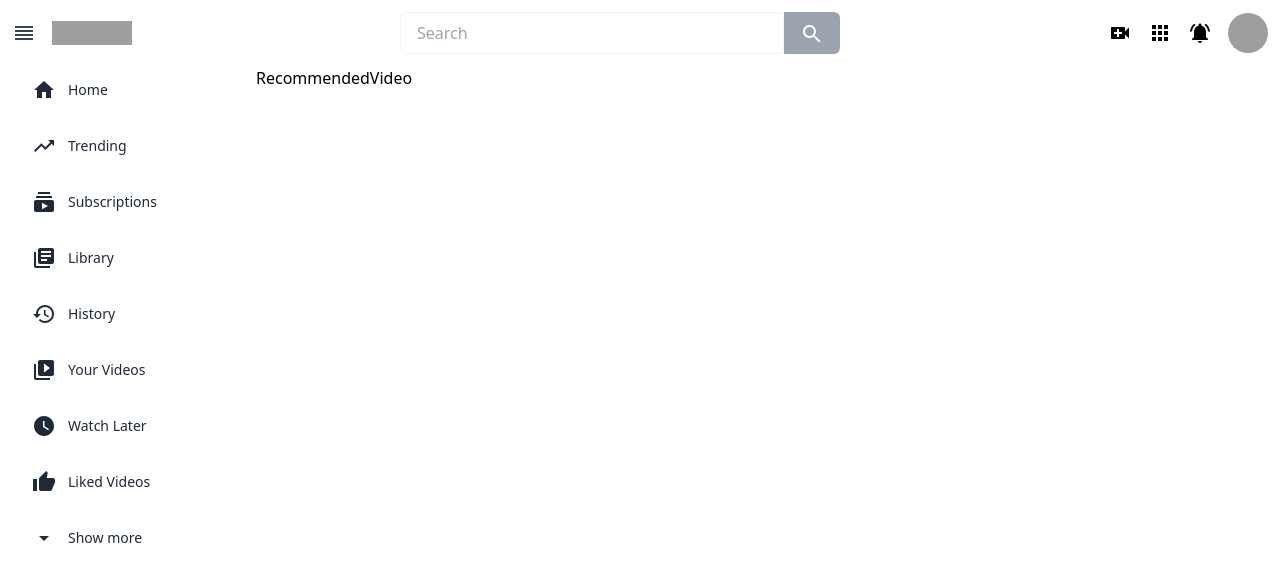
Repository: Shamraiz761/Youtube-clone
Page: /
These files come from the project's save history. The page is drawn as it stood at one moment and after the next save; the edit follows.
The browser window is 1280 px wide. The pictures show the whole page.
Pictures or frames that could not be fetched are drawn as grey boxes. The project was rebuilt for these pictures with package versions that can differ from the ones it lists, and the page was loaded fresh each time. Also part of the build but not shown: vite.config.js.

Above is the page before, as saved 2024-01-19 20:35:25.

### src/App.jsx

import React from 'react';
import Home from './pages/home/Home';
function App() {
  return (
    <div>
      <Home />
    </div>
  );
}

export default App;

### src/pages/home/Home.jsx
import React from "react";
import Navbar from "../../components/header/Navbar";
import Sidebar from "../../components/sidebar/Sidebar";
import RecommendedVideo from "../../components/video/RecommendedVideo";

function Home() {
  return (
    <div>
      <Navbar />
      <div className="flex">
      <Sidebar />
      <RecommendedVideo />
      </div>
    </div>
  );
}

export default Home;

### src/components/header/Navbar.jsx
import React from "react";
import ReorderIcon from "@material-ui/icons/Reorder";
import VideoCallIcon from "@material-ui/icons/VideoCall";
import AppsIcon from "@material-ui/icons/Apps";
import NotificationsActiveIcon from "@material-ui/icons/NotificationsActive";
import SearchIcon from '@material-ui/icons/Search';
const Navbar = () => {
  return (
    <nav className="p-3 sticky top-0 z-96 bg-white">
      <div className="container mx-auto flex flex-wrap justify-between items-center">
        {/* Logo */}
        <div className="text-white font-bold text-xl flex items-center flex-row">
          <ReorderIcon className="mr-4 size-5 text-gray-700 " />
          <img
            className="w-10 h-4 sm:w-20 sm:h-6"
            src="https://upload.wikimedia.org/wikipedia/commons/thumb/e/e1/Logo_of_YouTube_%282015-2017%29.svg/2560px-Logo_of_YouTube_%282015-2017%29.svg.png"
          />
        </div>

        {/* Search bar */}
        <div className="flex items-center">
          <input
            type="text"
            placeholder="Search"
            className="p-1 md:px-4 md:py-2 rounded-l-md border border-gray-100 focus:outline-none w-32 md:w-96"
          />
          <button className="bg-gray-400 p-1  md:px-4 md:py-2 rounded-r-md text-white">
            <SearchIcon />
          </button>
        </div>

        {/* User profile */}
        <div className="flex items-center flex-row space-x-2 md:space-x-4">
          <VideoCallIcon />
          <AppsIcon />
          <NotificationsActiveIcon />
          <img
          className="w-10 h-10 rounded-full"
          src="https://encrypted-tbn0.gstatic.com/images?q=tbn:ANd9GcT5e22dr8y5uGoiuiPB5wwHR3v8v43srFH0SUokZVWJug&s" />
        </div>
      </div>
    </nav>
  );
};

export default Navbar;

### src/components/sidebar/Sidebar.jsx

import React from 'react';

import data from './data';
const Sidebar = () => {
 const items = data
 console.log(items);
  return (
    <div className="text-gray-800 bg-white w-64 flex flex-col h-[89vh]">

      <div className="flex-grow">
        <ul className="space-y-2 overflow-auto ">
            {
                items.map((item) => (

                        <li className="pl-8 py-3 hover:bg-gray-200  cursor-pointer flex items-center text-sm font-medium">
                            {item.icon}
                            {item.title}
                        </li>

                ))
            }

        </ul>
      </div>


    </div>
  );
};

export default Sidebar;

### src/components/video/RecommendedVideo.jsx
import React from 'react'

function RecommendedVideo() {
  return (
    <div>RecommendedVideo</div>
  )
}

export default RecommendedVideo

### src/components/sidebar/data.js
import TrendingUpIcon from '@material-ui/icons/TrendingUp';
import History from '@material-ui/icons/History';
import SubscriptionsIcon from '@material-ui/icons/Subscriptions';
import Home from '@material-ui/icons/Home';
import { Link } from 'react-router-dom';
import LibraryBooksIcon from '@material-ui/icons/LibraryBooks';
import VideoLibraryIcon from '@material-ui/icons/VideoLibrary';
import WatchLaterIcon from '@material-ui/icons/WatchLater';
import ThumbUpIcon from '@material-ui/icons/ThumbUp';
import ArrowDropDownIcon from '@material-ui/icons/ArrowDropDown';
const data = [
    {
        id: 1,
        title: 'Home',
        icon: <Home className='mr-3'/>,
    },
    {
        id: 2,
        title: 'Trending',
        icon: <TrendingUpIcon className='mr-3'/>,
    },
    {
        id: 3,
        title: 'Subscriptions',
        icon: <SubscriptionsIcon className='mr-3'/>,
    },
    {
        id: 4,
        title: 'Library',
        icon: <LibraryBooksIcon className='mr-3'/>,
    },
    {
        id: 5,
        title: 'History',
        icon: <History className='mr-3'/>,
    },
    {
        id: 6,
        title: 'Your Videos',
        icon: <VideoLibraryIcon className='mr-3'/>,
    },
    {
        id: 7,
        title: 'Watch Later',
        icon: <WatchLaterIcon className='mr-3'/>,
    },
    {
        id: 8,
        title: 'Liked Videos',
        icon: <ThumbUpIcon className='mr-3'/>,
    },
    {
        id: 9,
        title: 'Show more',
        icon: <ArrowDropDownIcon className='mr-3'/>,
    },

]

export default data;

Loaded but not shown: index.html (common file); src/main.jsx (common file); src/index.css (common file); tailwind.config.js (common file)

After the next save:
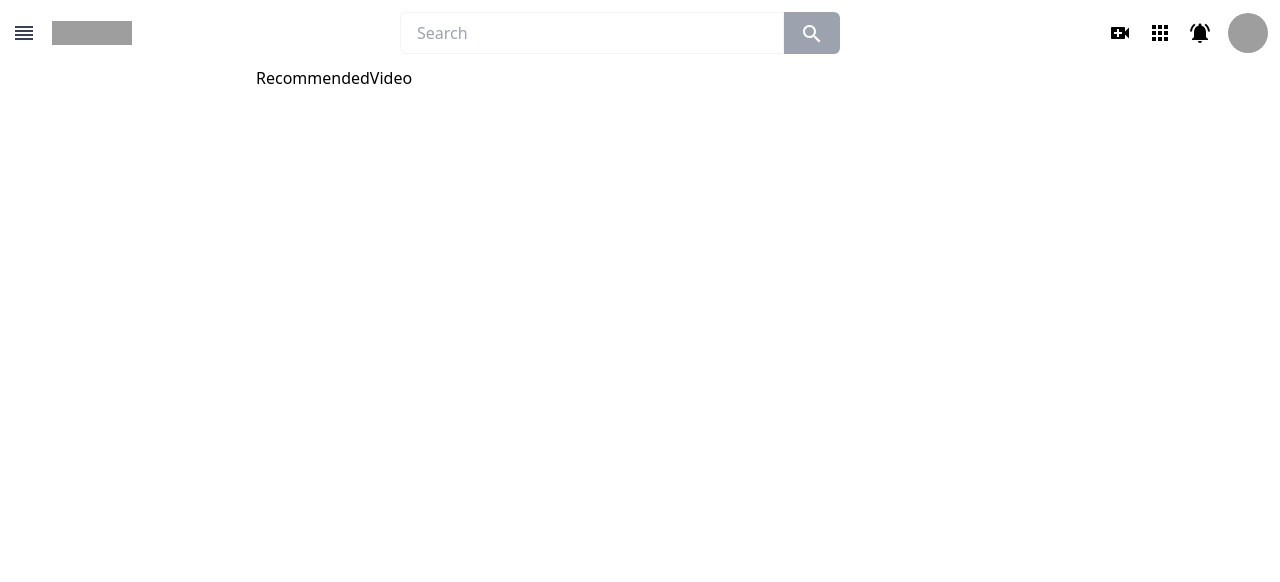
Saved 21 s later.
--- a/src/components/sidebar/Sidebar.jsx
+++ b/src/components/sidebar/Sidebar.jsx
@@ -10,7 +10,7 @@
 
       <div className="flex-grow">
         <ul className="space-y-2 overflow-auto ">
-            {
+            {/* {
                 items.map((item) => (
 
                         <li className="pl-8 py-3 hover:bg-gray-200  cursor-pointer flex items-center text-sm font-medium">
@@ -19,7 +19,7 @@
                         </li>
 
                 ))
-            }
+            } */}
 
         </ul>
       </div>

After the 4 saves that followed:
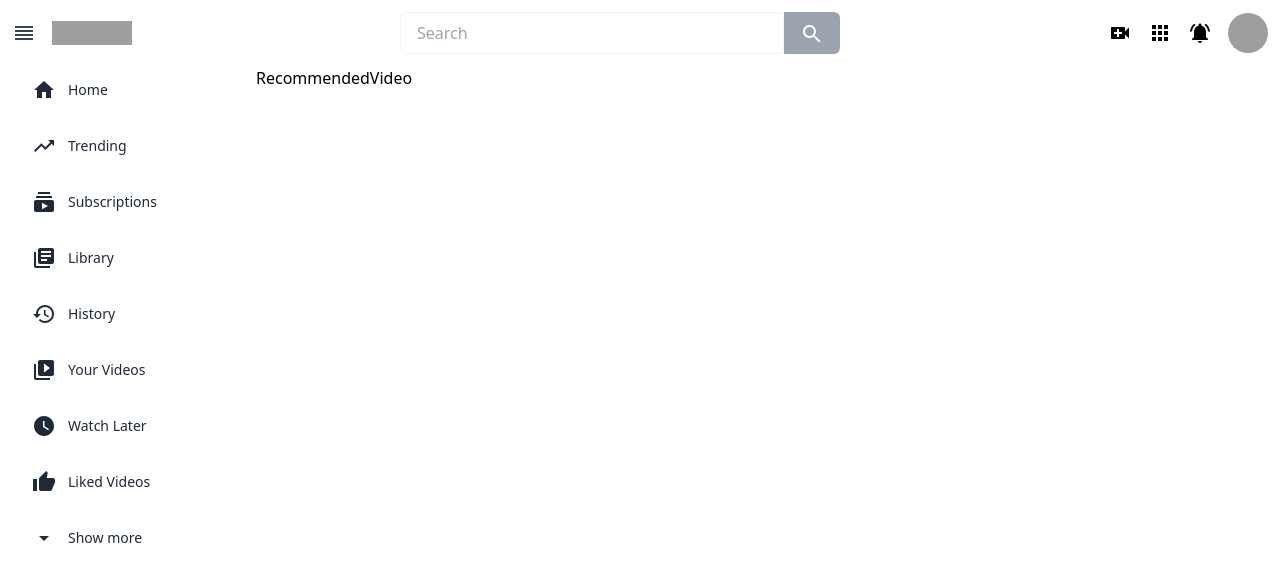
The 4 saves are shown as one change because 3 left the picture as it was.
The last was saved 4 min 5 s later.
--- a/src/components/sidebar/Sidebar.jsx
+++ b/src/components/sidebar/Sidebar.jsx
@@ -1,17 +1,71 @@
-
+import TrendingUpIcon from '@material-ui/icons/TrendingUp';
+import History from '@material-ui/icons/History';
+import SubscriptionsIcon from '@material-ui/icons/Subscriptions';
+import Home from '@material-ui/icons/Home';
+import { Link } from 'react-router-dom';
+import LibraryBooksIcon from '@material-ui/icons/LibraryBooks';
+import VideoLibraryIcon from '@material-ui/icons/VideoLibrary';
+import WatchLaterIcon from '@material-ui/icons/WatchLater';
+import ThumbUpIcon from '@material-ui/icons/ThumbUp';
+import ArrowDropDownIcon from '@material-ui/icons/ArrowDropDown';
 import React from 'react';
 
-import data from './data';
 const Sidebar = () => {
- const items = data
- console.log(items);
+    const data = [
+        {
+            id: 1,
+            title: 'Home',
+            icon: <Home className='mr-3'/>,
+        },
+        {
+            id: 2,
+            title: 'Trending',
+            icon: <TrendingUpIcon className='mr-3'/>,
+        },
+        {
+            id: 3,
+            title: 'Subscriptions',
+            icon: <SubscriptionsIcon className='mr-3'/>,
+        },
+        {
+            id: 4,
+            title: 'Library',
+            icon: <LibraryBooksIcon className='mr-3'/>,
+        },
+        {
+            id: 5,
+            title: 'History',
+            icon: <History className='mr-3'/>,
+        },
+        {
+            id: 6,
+            title: 'Your Videos',
+            icon: <VideoLibraryIcon className='mr-3'/>,
+        },
+        {
+            id: 7,
+            title: 'Watch Later',
+            icon: <WatchLaterIcon className='mr-3'/>,
+        },
+        {
+            id: 8,
+            title: 'Liked Videos',
+            icon: <ThumbUpIcon className='mr-3'/>,
+        },
+        {
+            id: 9,
+            title: 'Show more',
+            icon: <ArrowDropDownIcon className='mr-3'/>,
+        },
+
+    ]
   return (
     <div className="text-gray-800 bg-white w-64 flex flex-col h-[89vh]">
 
       <div className="flex-grow">
         <ul className="space-y-2 overflow-auto ">
-            {/* {
-                items.map((item) => (
+            {
+                data.map((item) => (
 
                         <li className="pl-8 py-3 hover:bg-gray-200  cursor-pointer flex items-center text-sm font-medium">
                             {item.icon}
@@ -19,7 +73,7 @@
                         </li>
 
                 ))
-            } */}
+            }
 
         </ul>
       </div>
--- a/src/components/sidebar/data.js
+++ b/src/components/sidebar/data.js
@@ -2,7 +2,6 @@ import TrendingUpIcon from '@material-ui/icons/TrendingUp';
 import History from '@material-ui/icons/History';
 import SubscriptionsIcon from '@material-ui/icons/Subscriptions';
 import Home from '@material-ui/icons/Home';
-import { Link } from 'react-router-dom';
 import LibraryBooksIcon from '@material-ui/icons/LibraryBooks';
 import VideoLibraryIcon from '@material-ui/icons/VideoLibrary';
 import WatchLaterIcon from '@material-ui/icons/WatchLater';
@@ -14,46 +13,46 @@ const data = [
         title: 'Home',
         icon: <Home className='mr-3'/>,
     },
-    {
-        id: 2,
-        title: 'Trending',
-        icon: <TrendingUpIcon className='mr-3'/>,
-    },
-    {
-        id: 3,
-        title: 'Subscriptions',
-        icon: <SubscriptionsIcon className='mr-3'/>,
-    },
-    {
-        id: 4,
-        title: 'Library',
-        icon: <LibraryBooksIcon className='mr-3'/>,
-    },
-    {
-        id: 5,
-        title: 'History',
-        icon: <History className='mr-3'/>,
-    },
-    {
-        id: 6,
-        title: 'Your Videos',
-        icon: <VideoLibraryIcon className='mr-3'/>,
-    },
-    {
-        id: 7,
-        title: 'Watch Later',
-        icon: <WatchLaterIcon className='mr-3'/>,
-    },
-    {
-        id: 8,
-        title: 'Liked Videos',
-        icon: <ThumbUpIcon className='mr-3'/>,
-    },
-    {
-        id: 9,
-        title: 'Show more',
-        icon: <ArrowDropDownIcon className='mr-3'/>,
-    },
+    // {
+    //     id: 2,
+    //     title: 'Trending',
+    //     icon: <TrendingUpIcon className='mr-3'/>,
+    // },
+    // {
+    //     id: 3,
+    //     title: 'Subscriptions',
+    //     icon: <SubscriptionsIcon className='mr-3'/>,
+    // },
+    // {
+    //     id: 4,
+    //     title: 'Library',
+    //     icon: <LibraryBooksIcon className='mr-3'/>,
+    // },
+    // {
+    //     id: 5,
+    //     title: 'History',
+    //     icon: <History className='mr-3'/>,
+    // },
+    // {
+    //     id: 6,
+    //     title: 'Your Videos',
+    //     icon: <VideoLibraryIcon className='mr-3'/>,
+    // },
+    // {
+    //     id: 7,
+    //     title: 'Watch Later',
+    //     icon: <WatchLaterIcon className='mr-3'/>,
+    // },
+    // {
+    //     id: 8,
+    //     title: 'Liked Videos',
+    //     icon: <ThumbUpIcon className='mr-3'/>,
+    // },
+    // {
+    //     id: 9,
+    //     title: 'Show more',
+    //     icon: <ArrowDropDownIcon className='mr-3'/>,
+    // }
 
 ]
 
